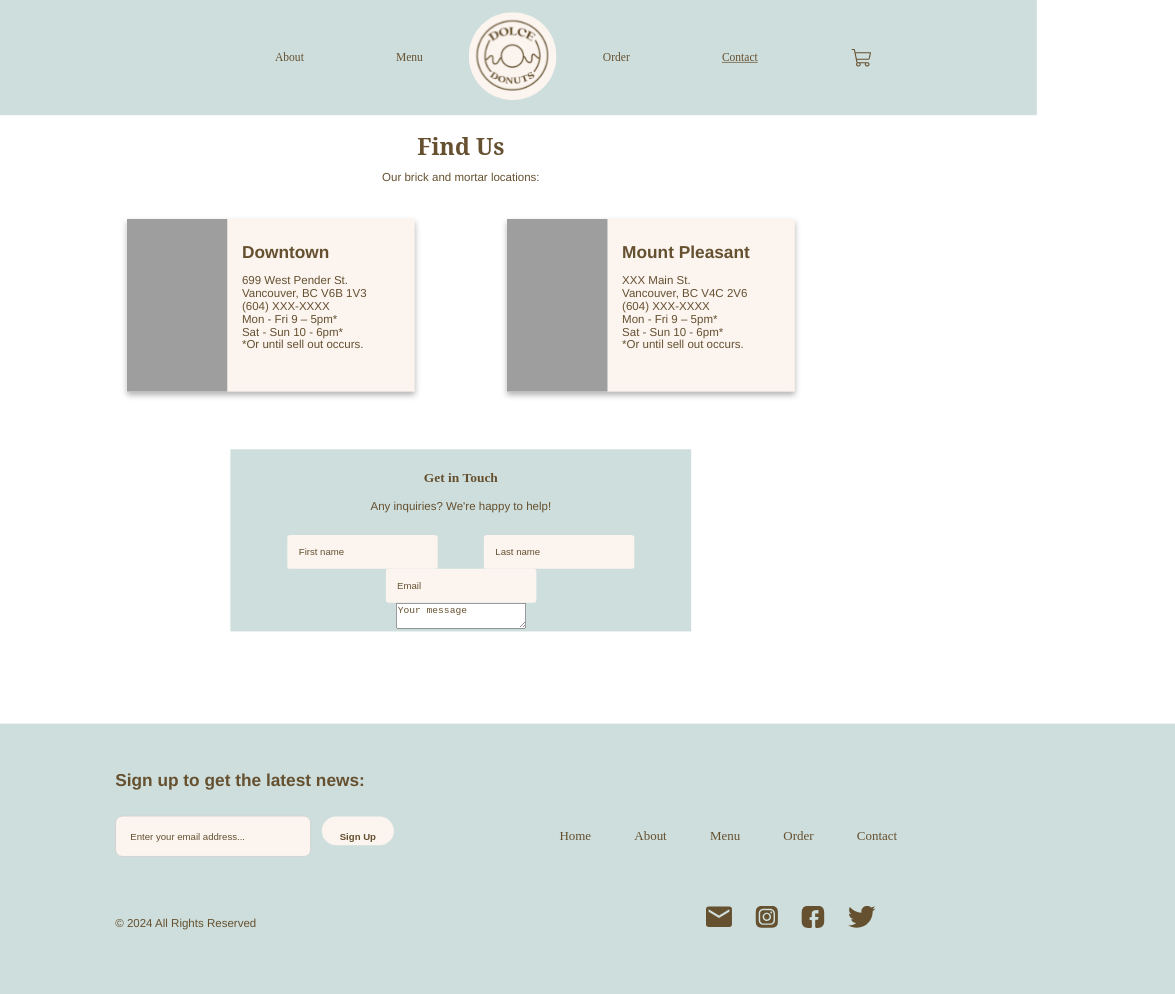
Repository: Crystalhtc/dolcedonuts
Page: /contact
The author's editor kept a copy of each file at every save. The page is drawn from the files as they stood at one save, then again after a run of saves.
The browser window is 1280 px wide. The page is 1632 px wide, so the pictures cover 1632 px, including what lies to the right of the window. The pictures show the whole page, at 72% of full size.
Pictures or frames that could not be fetched are drawn as grey boxes. The project was rebuilt for these pictures with package versions that can differ from the ones it lists, and the page was loaded fresh each time. Also part of the build but not shown: vite.config.js, src/pages/Home.module.css, src/pages/Home.jsx, src/components/ProductCard/ProductCard.jsx, src/Data/products.js, src/pages/Order.css, src/pages/Menu.jsx, src/pages/Order.jsx and 13 more.

Above is the page before, as saved 2024-10-20 15:24:20.

### src/App.jsx
import React from 'react';
import "./App.css";
import { BrowserRouter as Router, Route, Routes } from 'react-router-dom';
import Header from './components/Header/Header';
import Footer from './components/Footer/Footer';
import Home from './pages/Home';
import Menu from './pages/menu';
import Order from './pages/order';
import Contact from './pages/Contact';
import About from './pages/About';
import Checkout from './pages/Checkout';
import Cart from './pages/Cart';
import ProductDetails from './pages/ProductDetails';
import PaymentReview from './pages/PaymentReview';

function App() {

  return (
    <Router>
      <Header />
      <Routes>
        <Route path="/" element={<Home />} />
        <Route path="/about" element={<About />} />
        <Route path="/menu" element={<Menu />} />
        <Route path="/order" element={<Order />} />
        {/* <Route path="/productdetails/:id" element={<ProductDetails />} /> */}
        <Route path="/productdetails" element={<ProductDetails />} />
        <Route path="/contact" element={<Contact />} />
        <Route path="/cart" element={<Cart />} />
        <Route path="/checkout" element={<Checkout />} />
        <Route path="/paymentreview" element={<PaymentReview />} />
      </Routes>
      <Footer />
    </Router>
  );
}

export default App;

### src/App.css
@import url('https://fonts.googleapis.com/css2?family=Arimo:ital,wght@0,400..700;1,400..700&display=swap');
@import url('https://fonts.googleapis.com/css2?family=Noto+Serif:ital,wght@0,100..900;1,100..900&display=swap');

:root {
    --mint: #CEDEDC;
    --cream: #FBF4EF;
    --pink: #F5CCD6;
    --dark-pink: #E3BBC5;
    --brown: #655030;
    --dark-brown: #4C3B22;
}
body {
    margin: 0 auto;
}
/* font */
/* heading, button */
h1 {
    font-family: "Noto Serif", serif;
    color: #655030;
    font-size: 28pt;
}
/* subheading */
h2 {
    font-size: 24pt;
    font-family: 'Arimo', sans-serif;
    color: #655030;
}
/* paragraph */
p {
    font-family: 'Arimo', sans-serif;
    color: #655030;
}

.container {
    max-width: 1440px;
    margin: 0 auto;
    height: auto;
    /* padding: 20px;  */
}

### src/components/Header/Header.jsx
import { NavLink } from 'react-router-dom';
import styles from './Header.module.css';
import logo from '../../assets/logo.svg';
import cartIcon from '../../assets/cart-icon.svg';

export default function Header() {
  return (
    <nav className={styles.nav}>
      <ul className={styles.navList}>
        <li className={styles.navItem}>
          <NavLink to="/about" className={({ isActive }) => (isActive ? styles.activeLink : undefined)}>About</NavLink>
        </li>
        <li className={styles.navItem}>
          <NavLink to="/menu" className={({ isActive }) => (isActive ? styles.activeLink : undefined)}>Menu</NavLink>
        </li>
        <li className={styles.logoContainer}>
          <NavLink to="/">
            <img src={logo} alt="Logo" className={styles.logo} />
          </NavLink>
        </li>
        <li className={styles.navItem}>
          <NavLink to="/order" className={({ isActive }) => (isActive ? styles.activeLink : undefined)}>Order</NavLink>
        </li>
        <li className={styles.navItem}>
          <NavLink to="/contact" className={({ isActive }) => (isActive ? styles.activeLink : undefined)}>Contact</NavLink>
        </li>
        <li className={styles.navItem}>
          <NavLink to="/cart" className={({ isActive }) => (isActive ? styles.activeLink : undefined)}>
            <img src={cartIcon} alt="Cart" className={styles.cartIcon} />
          </NavLink>
        </li>
      </ul>
    </nav>
  );
}

### src/components/Footer/Footer.jsx
import React from 'react';
import styles from './Footer.module.css';
import socialMediaIcons from '../../assets/social-media-icons.svg';

const Footer = () => {
    return (
        <footer className={styles.footer}> {/* Use styles for className */}
            <h2 className={styles.signUpMessage}>Sign up to get the latest news:</h2>

            <div className={styles.topContainer}>
                <div className={styles.newsletterSignup}> {/* Use styles for className */}
                    <input type="email" placeholder="Enter your email address..." />
                       <button className={styles.signupButton}>Sign Up</button> {/* Use styles for className */}
                </div>

                 <div className={styles.footerLinks}>
                     <ul className={styles.linkList}>
                        <li><a href="/">Home</a></li>
                        <li><a href="/about">About</a></li>
                        <li><a href="/menu">Menu</a></li>
                        <li><a href="/order">Order</a></li>
                        <li><a href="/contact">Contact</a></li>
                    </ul>
                </div>
            </div>

            <div className={styles.footerBottomContainer}>
                <p>© 2024 All Rights Reserved</p>
                <div className={styles.socialMedia}> {/* Use styles for className */}
                    <img src={socialMediaIcons} alt="Social Media Icons" />
                </div>
            </div>
        </footer>
    );
};

export default Footer;

### src/pages/Contact.jsx
import styles from './Contact.module.css';
import Form from '../components/ContactUsForm/ContactForm';

export default function Contact() {
    return(
        <div className={styles.contactUsContainer}>
            <h1 className={styles.contactUsH1}>Find Us</h1>
            <p>Our brick and mortar locations:</p>
                <div className={styles.contactUsCardContainer}>
                    <div className={styles.contactUsCard}>
                        <div className={styles.locationOne}>
                            <img src="https://images.unsplash.com/photo-1574033566548-f6c3f48cc11e?q=80&w=2160&auto=format&fit=crop&ixlib=rb-4.0.3&ixid=M3wxMjA3fDB8MHxwaG90by1wYWdlfHx8fGVufDB8fHx8fA%3D%3D"
                            alt="cafe table 1"
                            width={140}
                            height={240}
                            className={styles.contactUsImg}
                            />
                            <div>
                                <h2 className={styles.contactUsText}>Downtown</h2>
                                    <p className={styles.contactUsText}> 699 West Pender St.
                                    <br/>
                                    Vancouver, BC V6B 1V3
                                    <br/>
                                    (604) XXX-XXXX
                                    <br/>
                                    Mon - Fri  9 – 5pm*
                                    <br/>
                                    Sat - Sun 10 - 6pm*
                                    <br/>
                                    *Or until sell out occurs.
                                    </p>
                            </div>

                        </div>
                    </div>

                    <div className={styles.contactUsCard}>
                        <div className={styles.locationOne}>
                            <img src="https://images.unsplash.com/photo-1613274554329-70f997f5789f?q=80&w=2574&auto=format&fit=crop&ixlib=rb-4.0.3&ixid=M3wxMjA3fDB8MHxwaG90by1wYWdlfHx8fGVufDB8fHx8fA%3D%3D"
                            alt="cafe table 2"
                            width={140}
                            height={240}
                            className={styles.contactUsImg}
                            />
                            <div>
                                <h2 className={styles.contactUsText}>Mount Pleasant</h2>
                                    <p className={styles.contactUsText}> XXX Main St.
                                    <br/>
                                    Vancouver, BC V4C 2V6
                                    <br/>
                                    (604) XXX-XXXX
                                    <br/>
                                    Mon - Fri  9 – 5pm*
                                    <br/>
                                    Sat - Sun 10 - 6pm*
                                    <br/>
                                    *Or until sell out occurs.
                                    </p>
                            </div>
                        </div>
                    </div>
                </div>
            <Form/>
        </div>
    )
}

### src/components/Header/Header.module.css
.nav {
    width: 1440px;
    height: 160px;
    background-color: var(--mint);
    display: flex;
    justify-content: center;
    flex-shrink: 0;
    margin: auto;
}

.navList {
    list-style-type: none;
    display: flex;
    justify-content: center;
    align-items: center;
    margin: 0;
    padding: 0;
    width: 100%;

    margin-left: 11%;
}

.navItem {
    margin: 0 4rem;
}

.navItem a {
    text-decoration: none;
    color: var(--brown);
}

.logoContainer {
    flex: 0 0 auto;
}

.logo {
    width: 122px;
    height: 122px;
    object-fit: contain;
}

.cartIcon {
    width: 36px;
    height: auto;
}

.navItem .activeLink {
    text-decoration: underline;
    color: var(--brown);
}

### src/components/Footer/Footer.module.css
.footer {
    width: 1440px;
    height: 312px;
    background-color: var(--mint);
    padding: 2rem;
    color: var(--brown);
    padding-left: 10rem;
    flex-shrink: 0;
    margin: auto;
}

.topContainer {
    display: flex;
    align-items: center;
    gap: 10rem;
}

.footerBottomContainer {
    display: flex;
    margin-top: 3rem;
    gap: 39rem;
}

.newsletterSignup input {
    padding: 20px;
    width: 230px;
    border: 1px solid #ccc;
    background-color: var(--cream);
    border-radius: 10px;
}

.signupButton {
    width: 100px;
    padding: 20px;
    margin-left: 15px;
    background-color: var(--cream);
    color: var(--brown);
    font-weight: bold;
    border: none;
    border-radius: 20px;
}

.footerLinks {
    margin: 20px 0;
    display: flex;
    font-size: large;
}

.linkList a {
    color: var(--brown);
    list-style-type: none;
    text-decoration: none;
}

.linkList li {
    text-decoration: none;
    display: inline;
    margin: 0 30px;
}

.socialMedia img {
    width: 250px;
    height: auto;
}

### src/pages/Contact.module.css
.contactUsContainer {
    text-align: center;
}

.contactUsH1 {
    margin-bottom: -2px;
}

.contactUsCardContainer {
    display: flex;
    gap: 10%;
    justify-content: center;
    margin-top: 3rem;
}

.locationOne {
    display: flex;
}

.contactUsText {
    text-align: left;
    padding-left: 20px;
}

.contactUsCard {
    background-color: var(--cream);
    width: 400px;
    box-shadow: 0 4px 8px rgba(0, 0, 0, 0.3);
    margin-bottom: 5rem;
}

### src/components/ContactUsForm/ContactForm.jsx
import { useState } from "react";
import styles from './ContactForm.module.css';

export default function Form() {
    const [firstName, setFirst] = useState('');
    const [lastName, setLast] = useState('');
    const [submitted, setSubmitted] = useState(false);

    const handleSubmission = async (e) => {
        e.preventDefault();
        console.log('Thank you for your inquiry!');
        setSubmitted(true);
    };

    return (
        <>
            {submitted ? (
                <div className={styles.successfulMessage}>
                    <h2>Thank you for your inquiry!</h2>
                    <p>You will hear from us within 14 business days.</p>
                </div>
            ) : (
                <form onSubmit={handleSubmission} className={styles.formContainer}>
                    <div className={styles.nameContainer}>
                        <h3>Get in Touch</h3>
                        <p>Any inquiries? We're happy to help!</p>
                        <div className={styles.nameFieldContainer}>
                            <div className={styles.nameField}>
                                <input
                                    className={styles.inputWidth}
                                    name="firstName"
                                    placeholder="First name"
                                    type="text"
                                    value={firstName}
                                    onChange={(e) => setFirst(e.target.value)}
                                    required
                                />
                            </div>
                            <div className={styles.nameField}>
                                <input
                                    name="lastName"
                                    placeholder="Last name"
                                    type="text"
                                    value={lastName}
                                    onChange={(e) => setLast(e.target.value)}
                                    required
                                />
                            </div>
                        </div>
                        <div className={styles.formPlaceholders}>
                            <input type="email" name="email" placeholder="Email"/>
                        </div>

                        <div className={styles.formPlaceholders}>
                            <textarea name="message" placeholder="Your message"></textarea>
                        </div>
                    </div>

                </form>
            )}
        </>
    );
}

{/* <div className={styles.contactFormContainer}>
            <h2>Get in touch</h2>
            <p>Any inquiries? We're happy to help.</p>
            <form className={styles.form}>
                <div className={styles.formPlaceholdersName}>
                    <input type="text" name="firstName" placeholder="First name"/>
                    <br/>
                    <input type="text" name="lastName" placeholder="Last name"/>
                </div>

                <div className={styles.formPlaceholders}>

                </div>

                <div className={styles.formPlaceholders}>
                    <input type="email" name="email" placeholder="Email"/>
                </div>

                <div className={styles.formPlaceholders}>
                    <textarea name="message" placeholder="Your message"></textarea>
                </div>
            </form>
        </div> */}

### src/pages/Checkout.module.css
.checkoutContainer {
    display: flex;
    align-items: center;
    justify-content: center;
}

input {
    background-color: var(--cream);
    border: none;
    padding: 1rem;
    border-radius: 4px;
}

.contactInputs {
    display: flex;
    flex-direction: column;
}

.checkoutContainer {
    display: flex;
    justify-content: space-between;
    align-items: start;
    padding: 2rem;
    max-width: 1200px;
    margin: 0 auto;
    gap: 3rem;
}

.leftColumn {
    flex: 2;
}

.rightColumn {
    flex: 1;
    padding: 2rem;
    height: fit-content;
    border-left: 1px solid var(--brown);
}

::placeholder {
    color: var(--brown);
}

h3 {
    color: var(--brown);
}

/* Contact Section */
.contactInputs {
    display: flex;
    flex-direction: column;
    gap: 1rem;
}

/* Delivery Section */
.deliveryOptions {
    display: flex;
    flex-direction: column;
    align-items: center;
}

.deliveryToggle {
    display: flex;
    align-items: center;
    gap: 1rem;
    margin: 1rem 0;
    background-color: var(--cream);
    border-radius: 10px;
    padding: 0.5rem;
    width: 60%;
}

/* Delivery Toggle Buttons */
.deliveryToggle {
    display: flex;
    gap: 1rem; /* Space between buttons */
}

.deliveryToggle button {
    padding: 0.75rem 1rem;
    border: none;
    border-radius: 20px;
    cursor: pointer;
    flex: 1;
    transition: background-color 0.3s ease; /* Smooth transition */
}

/* Default styles */
.pickupButton {
    background-color: transparent; /* Inactive state */
    color: var(--brown); /* Text color */
}

.deliveryButton {
    background-color: transparent; /* Inactive state */
    color: var(--brown); /* Text color */
}

/* Active styles */
.pickupButton.active,
.deliveryButton.active {
    background-color: var(--mint); /* Active button color */
}

/* Hover state */
.deliveryToggle button:hover {
    background-color: pink; /* Hover state */
}

/* Optional: Set a specific color for inactive buttons' text */
.deliveryToggle button:not(.active) {
    color: var(--brown); /* Change to desired inactive text color */
}

.addresses {
    display: flex;
    flex-direction: column;
    gap: 1rem;
}

.downtown, .mountPleasant {
    background-color: var(--cream);
    border-radius: 10px;
    padding: 1rem;
    display: flex;
    gap: 1rem;
    align-items: start;
}


/* Payment Section */
.paymentContainer {
    margin: 1rem 0;
}

.creditCardTitle {
    background: var(--mint);
    padding: 0.5rem 1rem;
    margin-bottom: 1rem;
}

.paymentInputs {
    display: flex;
    flex-direction: column;
    gap: 1rem;
}

.fullWidthInput input {
    width: 100%;
}

.halfWidthInput {
    display: flex;
    justify-content: space-between;
}

.firstHalfInput {
    width: 100%;
}

.secondHalfInput {
    width: 100%;
    display: flex;
    justify-content: end;
}

.firstHalfInput input {
    width: 90%;
}

.secondHalfInput input {
    width: 90%;
}

.halfWidthInputField input {
    width: 50%
}

.paymentInputs > div {
    display: flex;
    gap: 1rem;
}

/* Right Column Styling */
.checkoutProducts {
    display: flex;
    flex-direction: column;
    gap: 1rem;
    margin-bottom: 2rem;
}

.discountCode {
    display: flex;
    gap: 1rem;
    margin-bottom: 2rem;
    height: 3rem;
}

.discountInput {
    flex: 1;
    background: none;
    border: 2px solid var(--mint);
}

.discountButton {
    height: 3rem;
    padding: 0 1.5rem;
    background: none;
    border: none;
    border-radius: 10px;
    cursor: pointer;
    background: var(--cream);
}

.discountButton:hover {
    background: var(--brown);
    color: var(--cream);
}

.price {
    display: flex;
    flex-direction: column;
    margin-bottom: 2rem;
}

.subtotal, .tax, .total {
    display: flex;
    justify-content: space-between;
    align-items: center;
}

.total {
    font-weight: bold;
    font-size: 1.2rem;
    border-top: 1px solid #ccc;
    padding-top: 1rem;
}

/* Section Headers */
h1 {
    margin-bottom: 2rem;
    font-size: 2rem;
}

h2 {
    margin: 2rem 0 1rem 0;
    font-size: 1.5rem;
}

/* Responsive Design */
@media (max-width: 768px) {
    .checkoutContainer {
        flex-direction: column;
        padding: 1rem;
    }

    .rightColumn {
        width: 100%;
    }

    .paymentInputs > div,
    .addressInputs > div {
        flex-direction: column;
    }
}

### src/pages/PaymentReview.module.css

.reviewContainer > h1 {
    margin: 2rem auto;
    text-align: center;
    color: var(--brown);
}

.orderReview {
    display: flex;
    justify-content: space-between;
    align-items: start;
    width: 100%;
    gap: 2rem;
}

.orderDetails {
    flex: 2;
    margin-left: 2rem;
}

.orderSummary {
    flex: 1;
    padding: 2rem;
    height: fit-content;
    border-left: 1px solid var(--brown);
}

.orderTable {
    border-collapse: collapse;
    background: var(--cream);
}

.orderTable tr {
    border: 1px solid var(--brown);
}

.orderTable td {
    padding: 1rem;
    color: var(--brown);
}

.orderTable td:first-child {
    font-weight: bold;
    width: 30%;
}

.productList {
    display: flex;
    flex-direction: column;
    gap: 1rem;
    margin-bottom: 2rem;
}

.productCard {
    display: flex;
    gap: 1rem;
    padding: 1rem;
    border: 1px solid var(--brown);
    background-color: var(--cream);
    align-items: start;
    justify-content: start;
}

.productImage {
    width: 80px;
    height: 80px;
    background-color: #f0f0f0;
    border-radius: 4px;
}

.productInfo {
    flex: 1;
    color: var(--brown);
}

.productName {
    font-size: 1.2rem;
    font-weight: bold;
    color: var(--brown);
}

.productPrice {
    color: var(--brown);
    font-weight: bold;
}

.priceSummary {
    display: flex;
    flex-direction: column;
    margin-bottom: 2rem;
}

.subtotal, .tax, .total {
    display: flex;
    justify-content: space-between;
    align-items: center;
    color: var(--brown);
}

.total {
    font-weight: bold;
    font-size: 1.2rem;
    border-top: 1px solid var(--brown);
    padding-top: 1rem;
}

.continueButtonContainer {
    width: 100%;
    display: flex;
    justify-content: center;
    margin-top: 2rem;
}

.continueButton {
    width: 50%;
}

/* Section Headers */
h1 {
    margin-bottom: 2rem;
    font-size: 2rem;
    color: var(--brown);
}

/* Responsive Design */
@media (max-width: 768px) {
    .reviewContainer {
        padding: 1rem;
    }

    .orderSummary {
        width: 100%;
        border-left: none;
        border-top: 1px solid var(--brown);
        padding-top: 2rem;
    }

    .continueButton button {
        width: 100%;
    }

    .orderTable td {
        display: block;
        width: 100%;
    }

    .orderTable td:first-child {
        width: 100%;
        padding-bottom: 0;
    }
}

### src/components/ProductCard/ProductCard.module.css
.container {
    width: 340px;
    height: 530px;
    border-radius: 8px;
    padding: 18px 8px;
    box-shadow: 0px 4px 4px 0px rgba(0, 0, 0, 0.25);
    display: flex;
    flex-direction: column;
    align-items: center;
}
.priceAndButton {
    display: flex;
    flex-direction: row;
    align-items: center;
    gap: 10em;
}
button {
    width: 95px;
    height: 36px;
    border-radius: 8px;
    border: none;
    color: var(--brown);
    background: var(--Cream, #FBF4EF);
}
button h2 {
    margin: 0;
}

### src/components/ContactUsForm/ContactForm.module.css
.form {
    justify-content: left;
    text-align: left;
}
.formPlaceholdersName {
    display: flex;
}

.contactFormContainer {
    text-align: center;
}

.nameFieldContainer {
    display: flex;
    justify-content: center;
    gap: 10%;
    padding-top: 15px;
}

.inputWidth{
    width: ;
}

form {
    background-color: var(--mint);
    margin-left: 25%;
    margin-right: 25%;
    margin-bottom: 10%;
    padding-top: 10px;
}

Loaded but not shown: index.html (common file); src/main.jsx (common file)

After the next 5 saves:
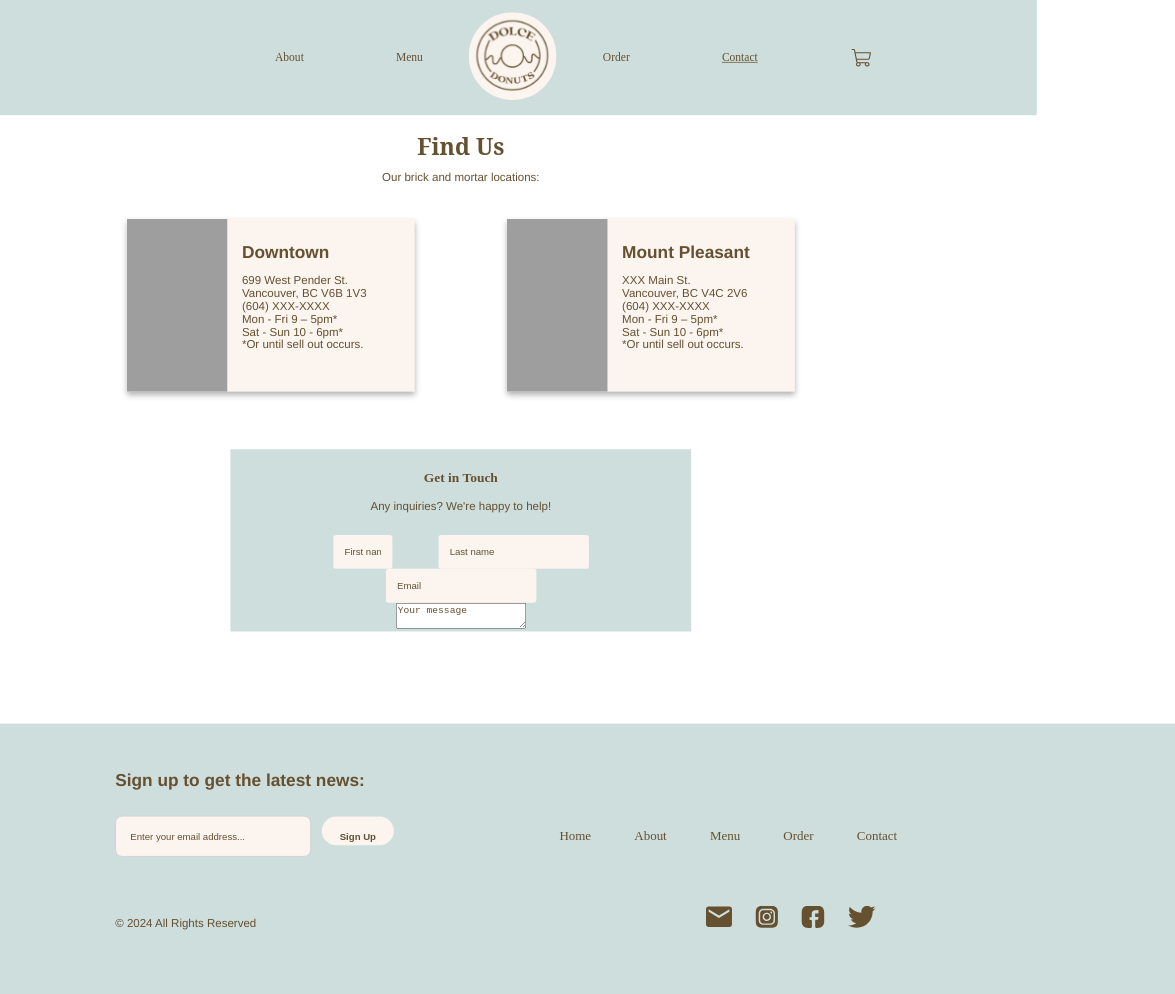
The 5 saves are shown as one change because they came seconds apart.
The last was saved 14 s later.
--- a/src/components/ContactUsForm/ContactForm.module.css
+++ b/src/components/ContactUsForm/ContactForm.module.css
@@ -18,7 +18,7 @@
 }
 
 .inputWidth{
-    width: ;
+    width: 50px;
 }
 
 form {
